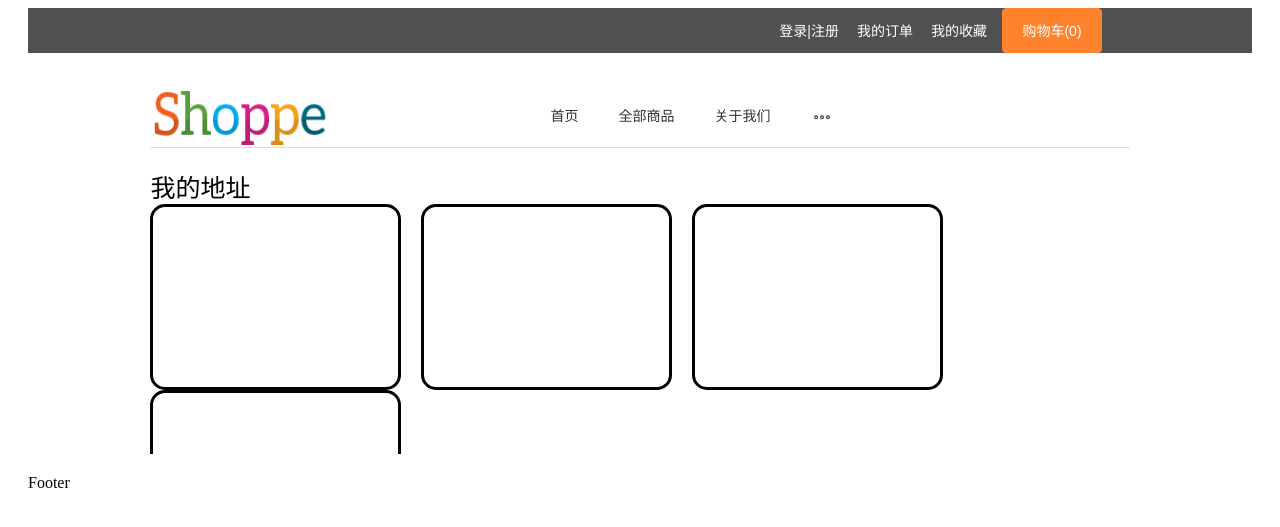
Repository: zhenghaochang/---
Page: /#/confirmOrder (app in xiaomi/)
An editor plug-in stored every save of this project. The page is shown before and after the next save, followed by the edit.
The browser window is 1280 px wide. The pictures show the whole page.
The project was rebuilt for these pictures with package versions that can differ from the ones it lists, and the page was loaded fresh each time. Also part of the build but not shown: xiaomi/vite.config.js.

Above is the page before, as saved 2025-08-03 16:02:39.

### xiaomi/src/main.js
import { createApp } from 'vue';
import ElementPlus from 'element-plus';
import 'element-plus/dist/index.css';
import router from './router/router';
import App from './App.vue';
import * as ElementPlusIconsVue from '@element-plus/icons-vue';
import { createPinia } from 'pinia';
import piniaPluginPersistedstate from 'pinia-plugin-persistedstate'
const app = createApp(App);
const pinia = createPinia();
pinia.use(piniaPluginPersistedstate)
app.use(pinia);
for (const [key, component] of Object.entries(ElementPlusIconsVue)) {
    app.component(key, component);
}
app.use(router);
app.use(ElementPlus);
app.mount('#app');

### xiaomi/src/router/router.js
import {createRouter,createWebHashHistory} from 'vue-router'

let router = createRouter({
    history:createWebHashHistory(),
    routes:[
        {
            path:"/",
            component:()=>import('../components/main.vue'),
            redirect:"/home",
            children:[
                {
                    path:"/home",
                    component:() => import('../view/home.vue')
                },
                {
                    path:"/allGoods",
                    component:() => import('../view/allGoods.vue')
                },
                {
                    path:"/goods",
                    component:()=>import('../view/goods.vue')
                },
                {
                    path:"/orderList",
                    component:()=> import('../view/orderList.vue')
                },
                {
                    path:"/shoppingCart",
                    component:()=> import('../view/shoppingCart.vue')
                },
                {
                    path:"/collection",
                    component:()=> import('../view/collection.vue')
                },
                {
                    path:"/confirmOrder",
                    component:()=>import('../view/confirmOrder.vue')
                }
            ]
        }
    ]
})

export default router

### xiaomi/src/App.vue
<script setup>
import Menu from '../src/components/menu.vue'


</script>

<template>
    <div>
        <el-container>
            <el-header class="header"><Menu></Menu></el-header>
            <el-main class="main"><router-view></router-view></el-main>
            <el-footer>Footer</el-footer>
        </el-container>
    </div>
</template>

<style scoped>
.header{
/*     background-color: blue; */
    width:100%
}
/* .main{
    background-color: blue;
    width: 100%;
    display:flex;
    flex-direction: column;
    justify-content: center;
} */
</style>

### xiaomi/src/components/main.vue
<script setup>
import logo from '../assets/img/logo.png'
import { Search } from '@element-plus/icons-vue'
import {useRoute,useRouter} from 'vue-router'
import {goodsList, selectParam,total} from '../global/global'
import {getGoodsList} from '../global/global'

const router = useRouter()
const route = useRoute()

async function search(){
    console.log(selectParam.value.goodsName)
    router.push("/allGoods")
    getGoodsList()
}

</script>

<template>
    <div class="base_div">
        <!-- 菜单div -->
        <div style="width:80%;margin-bottom:20px">
            <el-menu
                :default-active="route.path"
                class="menu"
                mode="horizontal"
                @select="handleSelect"
                router
            >
                <div>
                    <img style="width:180px;height:60px;margin-right:200px" :src="logo" alt="">
                </div>
                <el-menu-item class="menu_item" index="/home">首页</el-menu-item>
                <el-menu-item class="menu_item" index="/allGoods">全部商品</el-menu-item>
                <el-menu-item class="menu_item" index="/aboutUs">关于我们</el-menu-item>
                <div>
                    <el-input
                        v-model="selectParam.goodsName"
                        style="margin-left:200px;width:250px"
                        placeholder="请输入商品名称"
                        class="input-with-select"

                    >
                        <template #append>
                            <el-button @click="search" :icon="Search" />
                        </template>
                    </el-input>
                </div>
            </el-menu>
        </div>
        <!-- 菜单div END -->
        <!-- 主体div -->
        <div style="width:100%">
            <router-view></router-view>
        </div>
    </div>
</template>

<style scoped>
.base_div{
    width: 100%;
    display:flex;
    flex-direction: column;
    align-items:center;
}
.menu{
    display:flex;
    align-items: center;
}
.menu_item{
    background-color: transparent !important;
}
</style>

### xiaomi/src/view/confirmOrder.vue
<script setup>

</script>

<template>
    <div class="base_div">
        <div style="width:80%;display:flex;flex-direction:column">
            <span style="font-size:25px">我的地址</span>
            <el-scrollbar wrap-style="width:100%;" view-style="display:flex;flex-wrap:wrap" max-height="250px">
               <div class="address_div" v-for="item in 4" :key="item">

                </div>
            </el-scrollbar>

        </div>
    </div>
</template>

<style scoped>
.base_div{
    width: 100%;
    display: flex;
    flex-direction: column;
    align-items:center;
}
.address_div{
    width: 25%;
    height:180px;
    border-radius: 15px;
    border: 3px solid;
    margin-right: 20px;
}
</style>

### xiaomi/src/components/menu.vue
<script setup>
import {ref,reactive} from 'vue'
import request from '../request/index'
import { ElMessage } from 'element-plus'
import {useUserStore} from '../store/index'
import {loginVisible,registVisible} from '../global/global'
import {useRouter,useRoute} from 'vue-router'


const store = useUserStore()
const router = useRouter()


const loginForm = ref({
    username:'',
    password:''
})

const registForm = ref({
    username:'',
    password:'',
    rePassword:'',
    name:''
})

const user = ref({
    id:0,
    username:'',
    name:'',
    numInCart:0,
    token:''
})

const loginFormRef = ref()
const registFormRef = ref()

const validateUsername = (rule,value,callback)=>{
    if(value.length==0){
      callback(new Error("用户名不能为空"))
    }else{
      callback()
    }
  }

  const validatePassword = (rule,value,callback)=>{
    if(value.length<4){
      callback(new Error("密码小于4位"))
    }else{
      callback()
    }
  }

  const validateRePassword = (rule,value,callback)=>{
    if(value.length<4){
      callback(new Error("密码小于4位"))
    }else{
      if(value != registForm.value.password){
        callback(new Error("密码不一致"))
      }else{
        callback()
      }
    }
  }

  const rules = {
    username:[{required:true,message:'用户名不能为空',validator:validateUsername}],
    password:[{required:true,message:'密码必须大于4位',validator:validatePassword}],
    rePassword:[{required:true,validator:validateRePassword}]
  }


async function login(){
    const valid = await loginFormRef.value.validate
    if(valid){
        let {data} = await request.post("/user/login",loginForm.value)
        if(data.code == 200){
            ElMessage.success('登录成功')
            user.value = data.data
            store.changeInfo(user.value)
            loginVisible.value = false
            location.reload()
        }else{
            ElMessage.error(data.msg)
        }
    }
}

async function regist(){
    const valid = await registFormRef.value.validate
    if(valid){
        let {data} = await request.post("/user/regist",registForm.value)
        if(data.code == 200){
            ElMessage.success('注册成功')
            registVisible.value = false
            loginVisible.value = true
        }else{
            ElMessage.error(data.msg)
        }
    }
}

function logout(){
    store.logout()
    location.reload()
}

</script>

<template>
    <div class="base_div">
        <el-button color="rgb(80,80,80)" @click="loginVisible = true" v-if="store.id==0" link>登录|注册</el-button>
        <div style="display:flex;align-items:center;margin-right:10px" v-else>
            <el-button color="rgb(80,80,80)" link>欢迎{{store.name}}</el-button>
            <el-button color="rgb(80,80,80)" @click="logout" link>退出登录</el-button>
        </div>
        <el-button color="rgb(80,80,80)" @click="()=>{router.push('/orderList')}" link>我的订单</el-button>
        <el-button color="rgb(80,80,80)" @click="()=>{router.push('/collection')}" link>我的收藏</el-button>
        <el-button  style="margin-right:150px;width:100px;height:100%;color:white"
         color="rgb(255,130, 45)"
         @click="()=>{router.push('/shoppingCart')}"
        >
            购物车({{store.numInCart}})
        </el-button>

        <!-- 登录窗口 -->
        <el-dialog v-model="loginVisible"  title="登录" width="300">
            <el-form :model="loginForm" ref="loginFormRef" :rules="rules">
                <el-form-item label="用户名" prop="username" :label-width="70">
                    <el-input v-model="loginForm.username" autocomplete="off" />
                </el-form-item>
                <el-form-item label="密码" prop="password" :label-width="70">
                    <el-input v-model="loginForm.password" autocomplete="off" type="password" show-password />
                </el-form-item>
            </el-form>
            <template #footer>
                <div style="display:flex;justify-content:space-between;align-items:center">
                    <el-button type="warning" @click="registVisible = true">注册</el-button>
                    <div>
                        <el-button @click="loginVisible = false">取消</el-button>
                        <el-button type="primary" @click="login">
                        登录
                        </el-button>
                    </div>

                </div>
            </template>
        </el-dialog>
        <!-- 登录窗口END -->
        <!-- 注册窗口 -->
        <el-dialog v-model="registVisible"  title="注册" width="350">
            <el-form :model="registForm" ref="registFormRef" :rules="rules">
                <el-form-item label="用户名" prop="username" :label-width="80">
                    <el-input v-model="registForm.username" autocomplete="off" />
                </el-form-item>
                <el-form-item label="密码" prop="password" :label-width="80">
                    <el-input v-model="registForm.password" autocomplete="off" type="password" show-password />
                </el-form-item>
                <el-form-item label="确认密码" prop="rePassword" :label-width="80">
                    <el-input v-model="registForm.rePassword" autocomplete="off" type="password" show-password />
                </el-form-item>
                <el-form-item label="姓名"  :label-width="80">
                    <el-input v-model="registForm.name" autocomplete="off"  />
                </el-form-item>
            </el-form>
            <template #footer>
                <div style="">
                    <div>
                        <el-button @click="registVisible = false">取消</el-button>
                        <el-button type="primary" @click="regist">
                        注册
                        </el-button>
                    </div>

                </div>
            </template>
        </el-dialog>
        <!-- 注册窗口END -->
    </div>
</template>

<style scoped>
.base_div{
    background-color:rgb(80,80,80);
    width:100%;
    height:45px;
    display: flex;
    justify-content:flex-end;
}
</style>

### xiaomi/src/global/global.js
import {ref} from 'vue'
import request from '../request'

export const selectParam = ref({
    categoryId:0,
    pageSize:15,
    currentPage:1,
    goodsName:''
})

export const goodsList = ref([])

export const total = ref(0)

export async function getGoodsList(){
    let {data} = await request.post("/goods/getAllGoodsList",selectParam.value)
    goodsList.value = data.data.goods
    total.value = data.data.total
}

export const loginVisible = ref(false)
export const registVisible = ref(false)

### xiaomi/src/request/index.js
import axios from 'axios'
import { ElMessage } from 'element-plus'
import {useUserStore} from '../store/index'
import {loginVisible} from '../global/global'



const request = axios.create({
    baseURL:'http://localhost:8080',
    timeout:10000
})

request.interceptors.request.use(
    config => {
        const store = useUserStore()
        const token = store.token
        console.log("token:"+token)
        if(token){
            config.headers['authorization'] = token
        }
        return config
    },
    error => Promise.reject(error)
)

request.interceptors.response.use(
    response =>{
        return response
    },
    error => {
        const store = useUserStore()
        console.log(error)
        if(error.status == 401){
            ElMessage.error('请登录')
            store.logout()
            loginVisible.value = true
        }else{
            ElMessage.error(error.response?.data?.msg || '网络错误')
        }
        return Promise.reject(error)
    }

)




export default request

### xiaomi/src/store/index.js
import {defineStore} from 'pinia'
import request from '../request'

const user = {
    id:0,
    username:'',
    name:'',
    numInCart:0,
    token:''
}

export const useUserStore = defineStore('userInfo',{
    state:()=>({
        id:0,
        username:'',
        name:'',
        numInCart:0,
        token:''
    }),
    getters:{},
    actions:{
        changeInfo(user){
            this.id = user.id,
            this.username = user.username,
            this.name = user.name,
            this.numInCart = user.numInCart,
            this.token = user.token
        },
        logout(){
            this.id = 0,
            this.username = '',
            this.name = '',
            this.numInCart = 0,
            this.token = ''
        },
        async updateNum(){
            let {data} = await request.get("/shoppingCart/getNumInCart")
            this.numInCart = data.data
        }
    },
    persist: true
}
)

Loaded but not shown: xiaomi/index.html (common file)

After the next save:
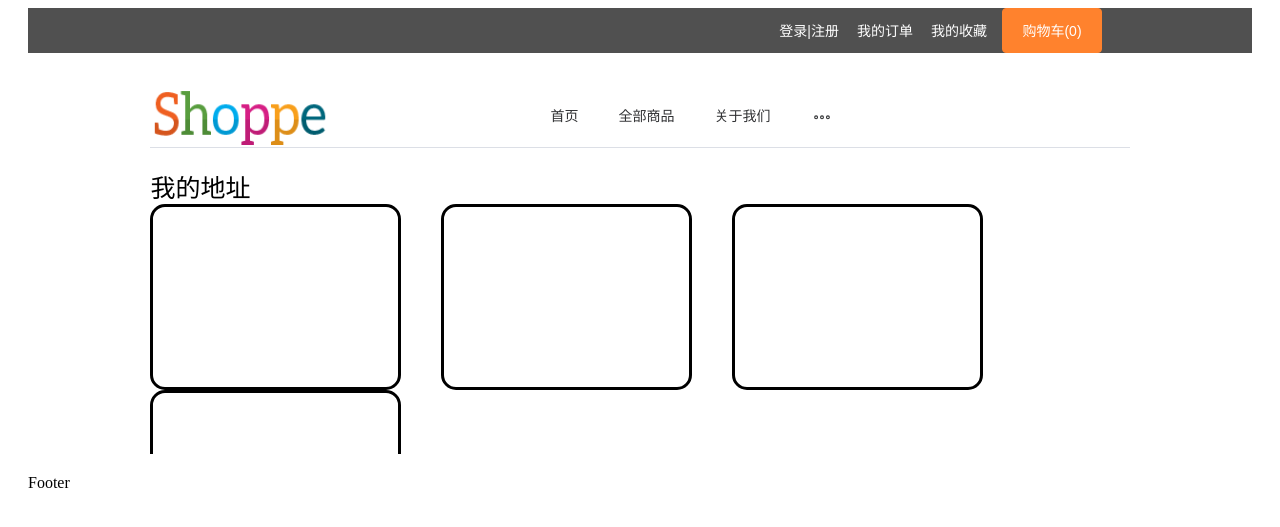
Saved 6 s later.
--- a/xiaomi/src/view/confirmOrder.vue
+++ b/xiaomi/src/view/confirmOrder.vue
@@ -28,6 +28,6 @@
     height:180px;
     border-radius: 15px;
     border: 3px solid;
-    margin-right: 20px;
+    margin-right: 40px;
 }
 </style>
